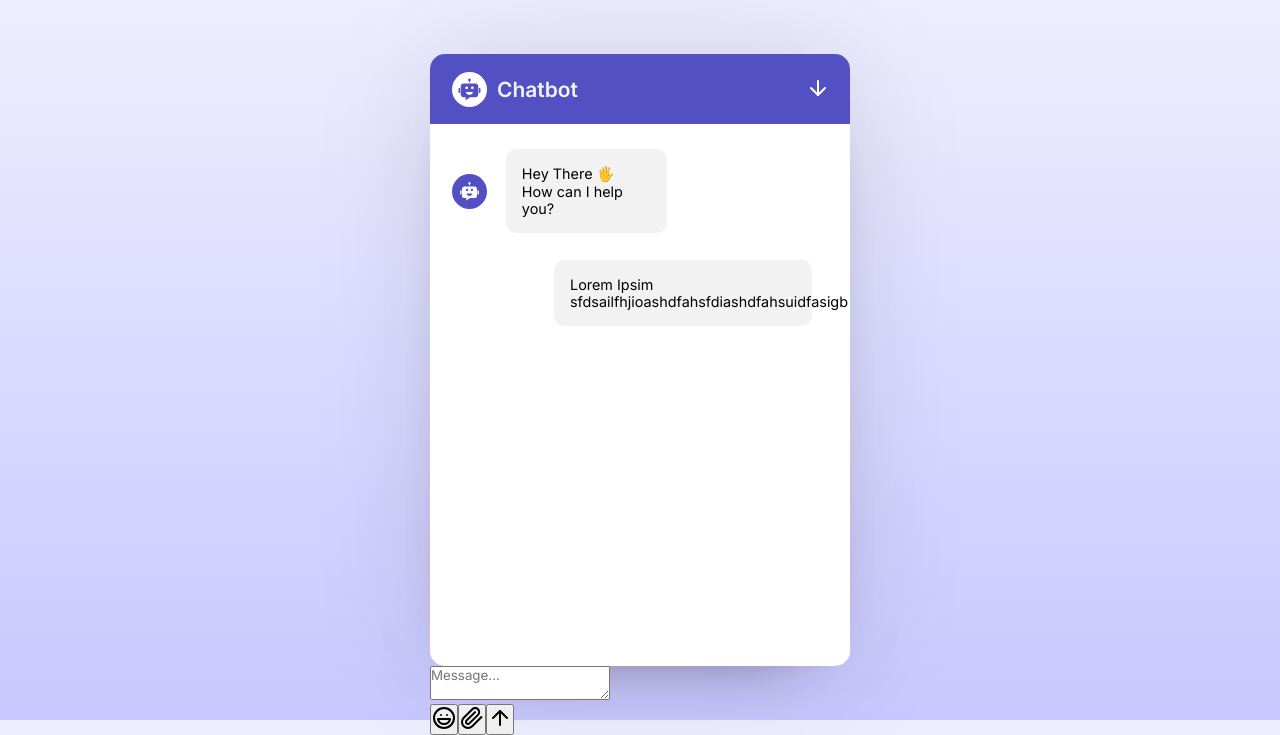
Repository: guilhermecardoso93/ai-bot
Page: /
These files come from the project's save history. The page is drawn as it stood at one moment and after the next save; the edit follows.
The browser window is 1280 px wide. The pictures show the whole page.
The project was rebuilt for these pictures with package versions that can differ from the ones it lists, and the page was loaded fresh each time. Also part of the build but not shown: vite.config.js.

Above is the page before, as saved 2024-11-12 19:38:59.

After the next save:
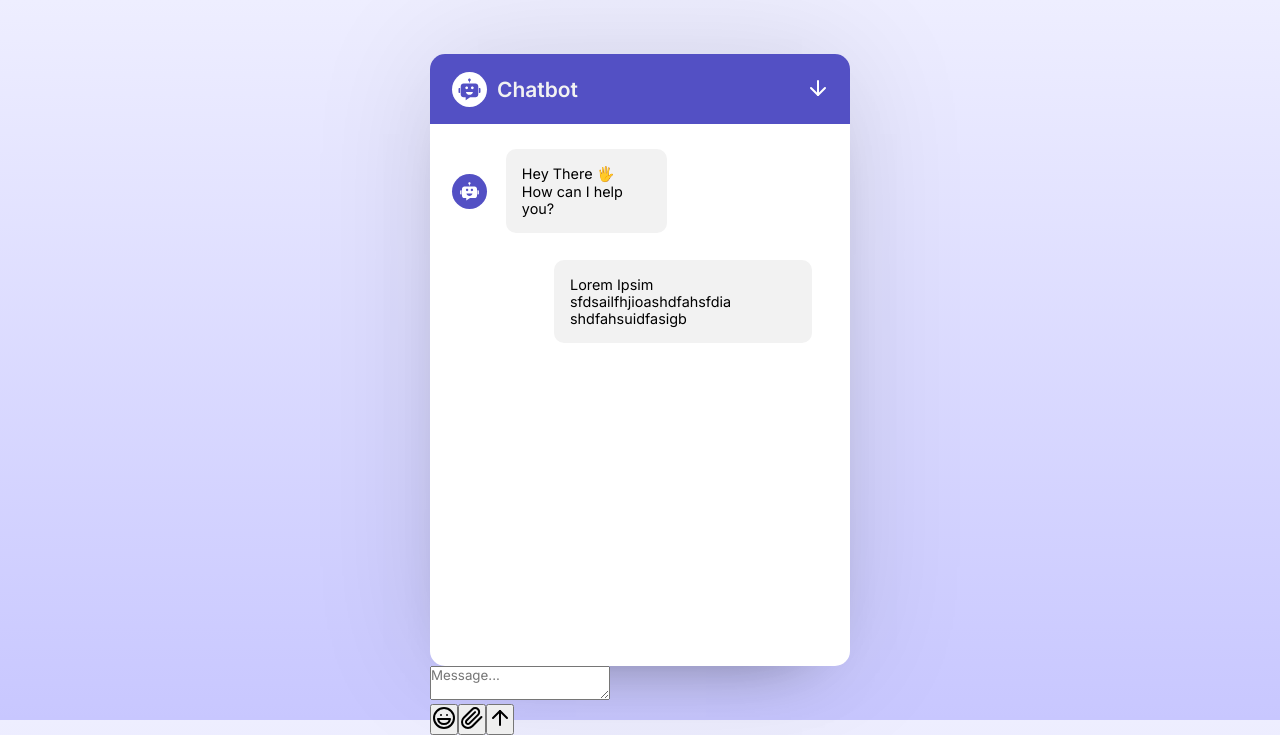
Saved 6 s later.
--- a/src/components/Main.jsx
+++ b/src/components/Main.jsx
@@ -44,7 +44,7 @@ export function Main() {
           </div>
           <div className="message-user">
             <p className="message-text">
-              Lorem Ipsim sfdsailfhjioashdfahsfdiashdfahsuidfasigb
+              Lorem Ipsim sfdsailfhjioashdfahsfdia shdfahsuidfasigb
             </p>
           </div>
         </div>
